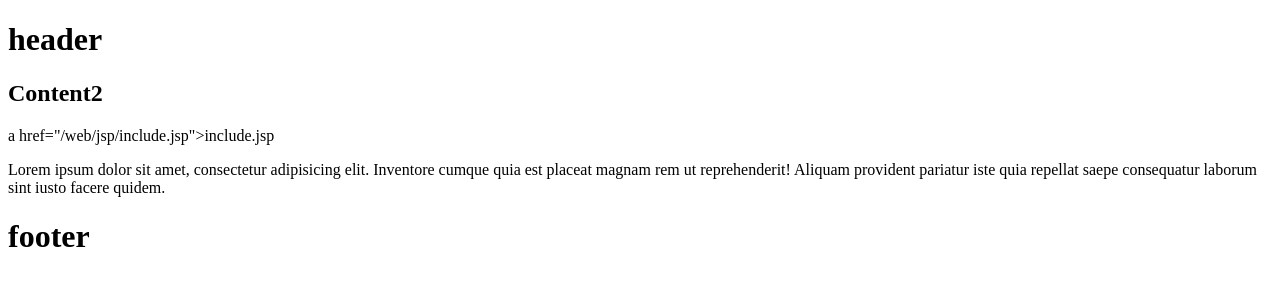
Repository: dygksqkr12/Server
Page: http://localhost/01_helloweb/jsp/another.jsp
The author's editor kept a copy of each file at every save. The page is drawn from the files as they stood at one save, then again after the next save.
The browser window is 1280 px wide. The pictures show the whole page.
The page is served by Tomcat 9.

Above is the page before, as saved 2021-03-24 12:29:13.

After the next save:
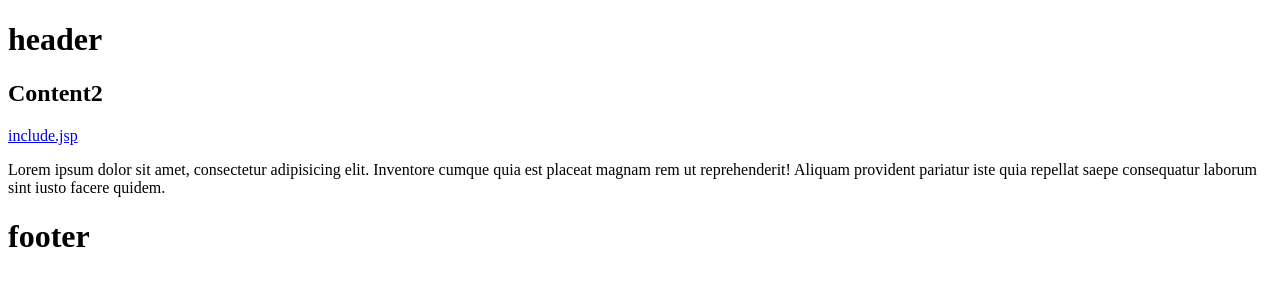
Saved 15 s later.
--- a/01_helloweb/WebContent/jsp/another.jsp
+++ b/01_helloweb/WebContent/jsp/another.jsp
@@ -3,7 +3,7 @@
 <%@ include file="/jsp/header.jsp" %>
 
 		<h1>Content2</h1>
-		a href="/web/jsp/include.jsp">include.jsp</a>
+		<a href="/web/jsp/include.jsp">include.jsp</a>
 		<p>Lorem ipsum dolor sit amet, consectetur adipisicing elit. Inventore cumque quia est placeat magnam rem ut reprehenderit! Aliquam provident pariatur iste quia repellat saepe consequatur laborum sint iusto facere quidem.</p>
 
 <%@ include file="/jsp/footer.jsp" %>
